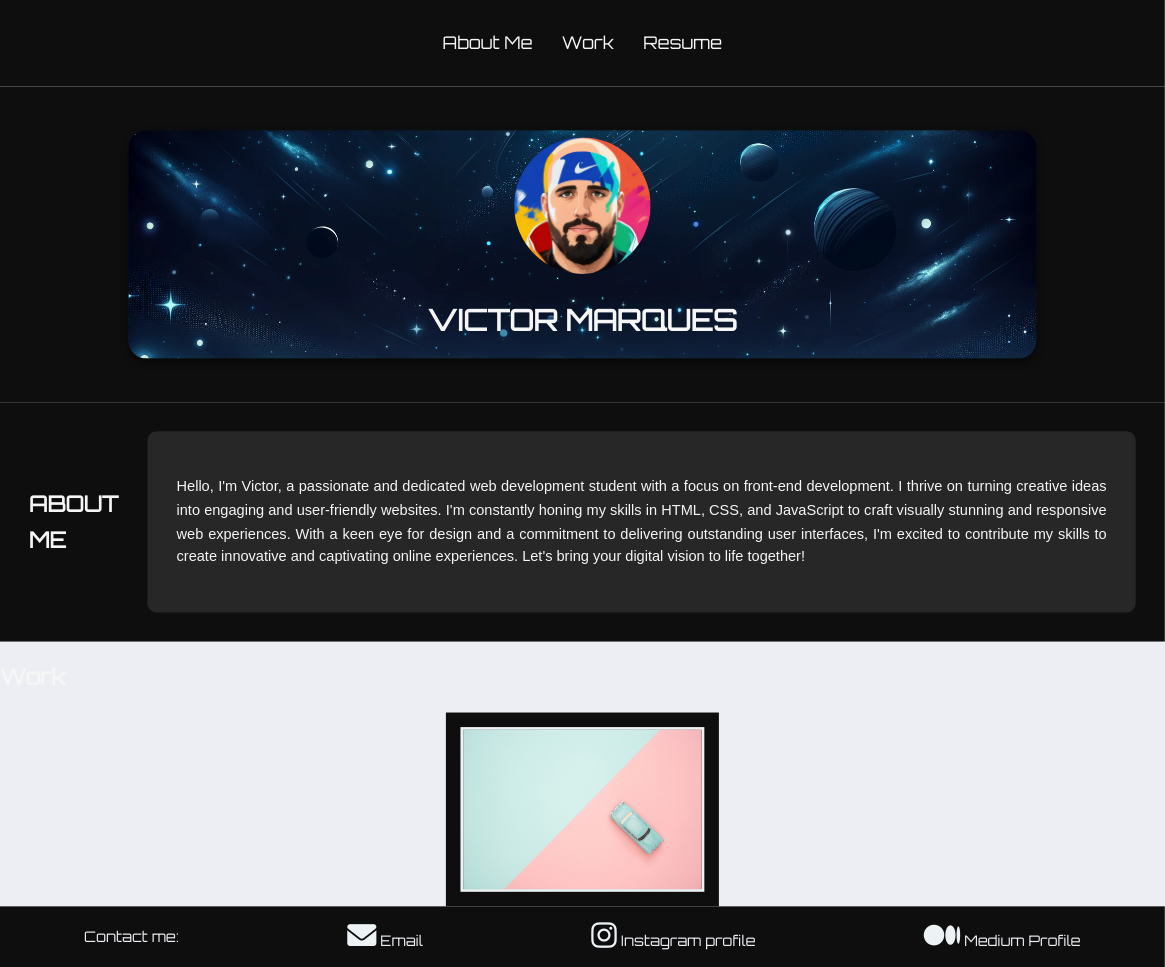
Repository: uvee35/Challenge2-Victor
Page: index.html
An editor plug-in stored every save of this project. The page is shown before and after the next save, followed by the edit.
The browser window is 1280 px wide. The pictures show the whole page, at 91% of full size.

Above is the page before, as saved 2023-12-12 20:37:48.

### index.html
<!DOCTYPE html>
<html lang="en-gb">
  <head>
    <meta charset="UTF-8" />
    <meta name="viewport" content="width=device-width, initial-scale=1.0" />
    <meta http-equiv="X-UA-Compatible" content="ie=edge" />
    <title>Victor Marques Portfolio</title>
    <link rel="stylesheet" href="assets/style.css" />
    <link
      href="https://cdnjs.cloudflare.com/ajax/libs/font-awesome/6.0.0-beta3/css/all.min.css"
      rel="stylesheet"
    />
    <link
      href="https://fonts.googleapis.com/css?family=Orbitron&display=swap"
      rel="stylesheet"
    />
  </head>

  <body>
    <header class="header">
      <nav class="header__nav">
        <ul class="nav__list">
          <li class="nav__item">
            <a href="#about-me" class="nav__link">About Me</a>
          </li>
          <li class="nav__item"><a href="#work" class="nav__link">Work</a></li>
          <li class="nav__item">
            <a href="#resume" class="nav__link">Resume</a>
          </li>
        </ul>
      </nav>
    </header>

    <section class="hero-banner">
      <div class="hero-banner__content">
        <img src="..///assets/victor.JPG" alt="Victor" class="about__image" />
        <h1>VICTOR MARQUES</h1>
      </div>
    </section>

    <main class="page-wrapper">
      <section id="about-me"></section>
      <section class="about-section">
        <h2 class="about-title">ABOUT ME</h2>
        <div class="about-box">
          <p class="about-me-text">
            Hello, I'm Victor, a passionate and dedicated web development
            student with a focus on front-end development. I thrive on turning
            creative ideas into engaging and user-friendly websites. I'm
            constantly honing my skills in HTML, CSS, and JavaScript to craft
            visually stunning and responsive web experiences. With a keen eye
            for design and a commitment to delivering outstanding user
            interfaces, I'm excited to contribute my skills to create innovative
            and captivating online experiences. Let's bring your digital vision
            to life together!
          </p>
        </div>
      </section>

      <section class="page-section" id="work">
        <h2>Work</h2>
        <div class="work__projects">
          <!-- Link wrapping the image -->
          <a href="your-destination-url" class="project project--featured">
            <img
              src="./assets/02-portfolio-3.jpg"
              alt="Project Description"
              class="work__image"
            />
          </a>
          <!-- Repeat for other projects as necessary -->
        </div>
      </section>
    </main>

    <footer class="footer">
      <div class="footer__contact-info">
        <span class="footer__contact-header">Contact me: </span>
        <a href="mailto:victormarquesrina@hotmail.com" class="contact-link">
          <i class="fas fa-envelope social-icon"></i>
          <span>Email</span>
        </a>
        <a href="https://www.instagram.com/Uvee35" class="contact-link">
          <i class="fab fa-instagram social-icon"></i>
          <span>Instagram profile</span>
        </a>
        <a href="https://medium.com/@victor5.vm58" class="contact-link">
          <i class="fab fa-medium social-icon"></i>
          <span>Medium Profile</span>
        </a>
      </div>
    </footer>
  </body>
</html>

### assets/style.css
:root {
  --primary-color: #edeef3;
  --secondary-color: #0e0e0e;
  --accent-color: #edf2f4;
  --font-color: #f6f6f6;
  --font-family: 'Orbitron', sans-serif;
}

*,
*::before,
*::after {
  box-sizing: border-box;
}

body {
  font-family: var(--font-family);
  color: var(--font-color);
  background-color: var(--primary-color);
  line-height: 1.6;
  margin: 0;
  padding: 0;
  display: flex;
  flex-direction: column;
  min-height: 100vh;
}

.project {
  /* Other styling rules for .project */
  overflow: hidden; /* Ensures that the expanded image doesn't break the layout */
}

.project:hover .work__image {
  transform: scale(1.05); /* Slightly enlarges the image on hover */
  transition: transform 0.3s ease; /* Smooth transition for the transform effect */
}


.work__image {
  display: block; /* Removes bottom space under the image */
  width: 100%; /* Make the image responsive */
  max-width: 300px; /* Maximum width the image can have */
  min-width: 100px; /* Minimum width the image can have */
  height: auto; /* Maintain aspect ratio */
  transition: transform 0.3s ease; /* Smooth transition for the transform effect */
  margin: 0 auto; /* Center the image within its container */
}




.header {
  display: flex;
  justify-content: center; /* This will center the navigation items */
  align-items: center; /* This will vertically center the items if the header has a specific height */
  padding: 1rem;
  background-color: #0e0e0e;
}


.nav__list {
  display: flex;
  justify-content: center; /* Center the list items horizontally */
  align-items: center; /* Center the list items vertically */
  list-style: none;
  padding: 0; /* Remove default padding */
}


.nav__item {
  margin: 0 1rem;
}

.nav__link {
  color: var(--font-color);
  text-decoration: none;
  font-size: 1.2rem;
}

.hero-banner {
  padding: 1rem; /* Reduced padding */
  text-align: center; /* Center content */
  background-color: #0e0e0e;
}

.hero-banner__content {
  /* If you want to limit the width of the content area */
  max-width: 600px; /* Adjust as needed */
  margin: auto; /* Center the content area if max-width is set */
  background-image: url(..//assets/background.png);
  background-size: cover;
  background-position: center;
  padding: 0.5rem 0; /* Adjust the padding to resize the section */
  text-align: center;
  display: flex;
  flex-direction: column; /* Stack children vertically */
  align-items: center; /* Center-align children horizontally */
  justify-content: center; /* Center-align children vertically */
  border-radius: 20px; /* Add rounded corners */
  margin: 2rem; /* Add some margin around the section */
  box-shadow: 0 4px 8px rgba(0, 0, 0, 0.5); /* Optional: Add shadow for depth */
  width: 80%; /* Adjust width to your liking */
  max-width: 1200px; /* Optional: Set a max-width */
  margin-left: auto; /* Margins auto for center alignment */
  margin-right: auto;
}


.hero-banner h1 {
  font-size: 2rem; /* Smaller font size for the main heading */
  margin-bottom: 0.5rem; /* Adjust spacing as needed */

}




.about__image {
  width: 150px; /* New, smaller width */
  height: 150px; /* New, smaller height */
  border-radius: 50%; /* To keep the circular shape */
  object-fit: cover; /* To maintain aspect ratio */
}


.about-section {
  background-color: var(--secondary-color);
  padding: 2rem;
  display: flex;
  justify-content: space-between;
  align-items: center;

}

.about-title {
  color: var(--font-color);
  font-size: 1.5rem;
  margin-right: 2rem; /* Adjust space between title and box */
}

.about-box {
  flex-grow: 1;
  background: rgba(255, 255, 255, 0.1); /* Semi-transparent white */
  padding: 2rem;
  border-radius: 10px;
  color: var(--font-color);
  font-size: 1rem;
  text-align: justify;
  font-family: Arial, Helvetica, sans-serif;
}

.work__projects {
  display: flex;
  flex-wrap: wrap;
  gap: 1rem;
  justify-content: center;
}

.project {
  background-color: var(--secondary-color);
  padding: 1rem;
  width: calc(33.333% - 1rem);
  margin-bottom: 1rem;
}

.project--featured {
  max-width: 300px; /* Set a max-width for the container */
  margin: auto; /* Center the container */
}

.project img {
  max-width: 100%;
  height: auto;
  border: 3px solid var(--accent-color);
}

.footer {
  background-color: var(--secondary-color);
  color: var(--primary-color);
  text-align: center;
  padding: 1rem 0;
  display: flex;
  justify-content: space-around;
  align-items: center;
  margin-top: auto; /* Pushes the footer to the bottom */
}

.footer a {
  color: var(--primary-color);
  text-decoration: none;
}

.footer__contact-info {
  display: flex;
  justify-content: space-around;
  align-items: center;
  width: 100%;
}

.social-icon {
  font-size: 2rem;
  color: var(--accent-color);
}

/* Media Queries for Responsive Design */
@media (max-width: 768px) {
  .project {
    width: calc(50% - 1rem);
  }

  .project--featured {
    width: calc(66.666% - 1rem);
  }

  .about-box {
    width: 90%; /* Adjusted from 100% to 90% */
    padding: 1rem; /* Added padding for better readability */
  }

  .footer__contact-info {
    flex-direction: column; /* Stack contact info vertically */
    gap: 1rem; /* Add spacing between contact info items */
  }

  .social-icon {
    font-size: 2.5rem; /* Increased icon size for better visibility */
  }
}

@media (max-width: 480px) {
  .nav__list {
    flex-direction: column;
    align-items: center;
  }

  .nav__item {
    margin-bottom: 0.5rem;
  }

  .project,
  .project--featured {
    width: 100%;
  }

  .about-section {
    flex-direction: column;
    text-align: center;
  }
  .hero-banner__content{
    background-image: url(..//assets/background.png);
  }

  .about-title {
    margin: 0 0 1rem 0;
  }

  .about-box {
    padding: 1rem; /* Added padding for better readability */
  }

  .footer__contact-info {
    flex-direction: column; /* Stack contact info vertically */
    gap: 1rem; /* Add spacing between contact info items */
  }

  .social-icon {
    font-size: 2.5rem; /* Increased icon size for better visibility */
  }
}@media (max-width: 768px) {
  .work__image {
    max-width: 150px; /* Adjust for tablet devices */
  }
}

@media (max-width: 480px) {
  .work__image {
    max-width: 100px; /* Adjust for mobile devices */
  }
}

After the next save:
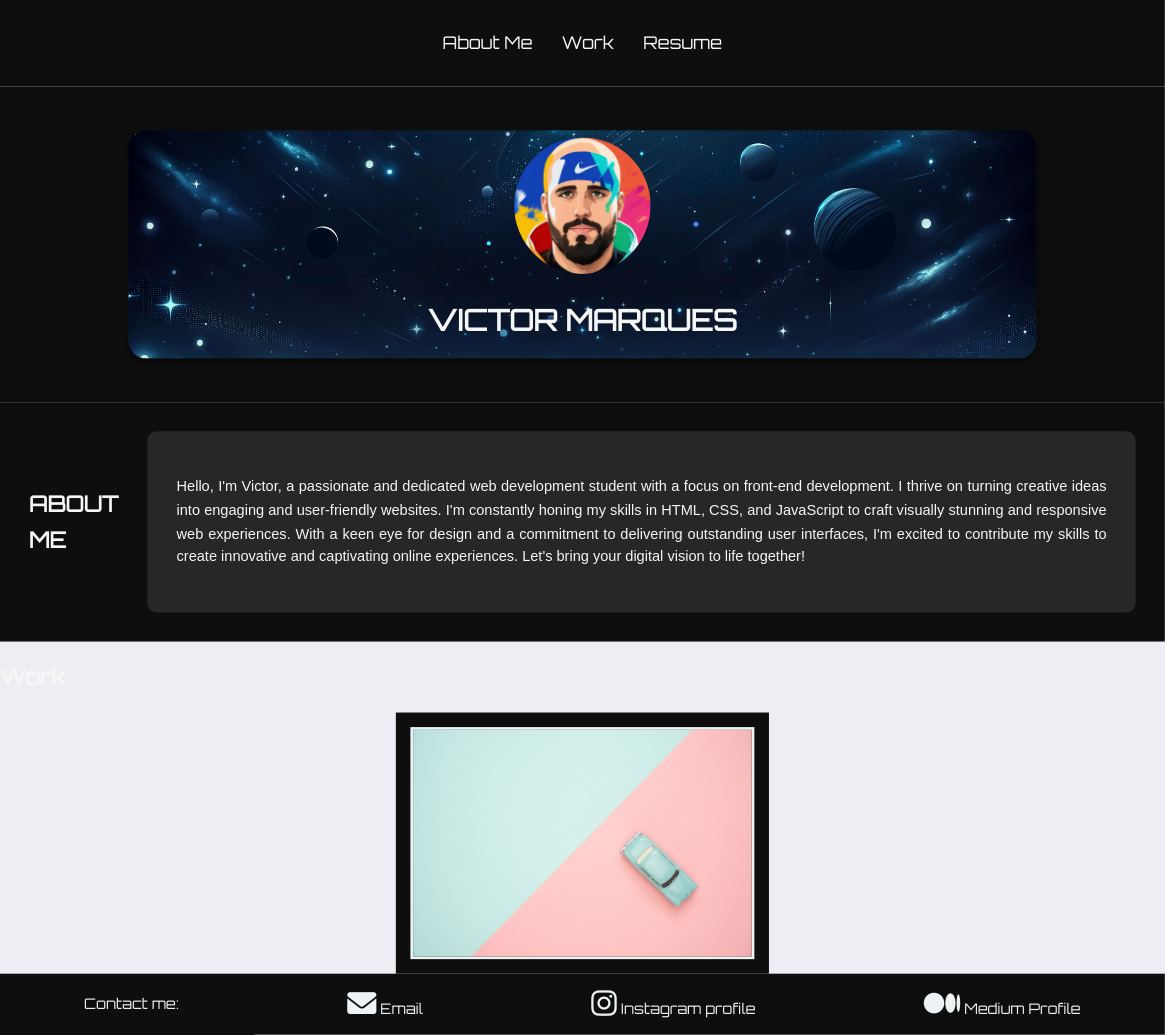
Saved 15 s later.
--- a/assets/style.css
+++ b/assets/style.css
@@ -163,7 +163,7 @@
 }
 
 .project--featured {
-  max-width: 300px; /* Set a max-width for the container */
+  max-width: 500px; /* Set a max-width for the container */
   margin: auto; /* Center the container */
 }
 
